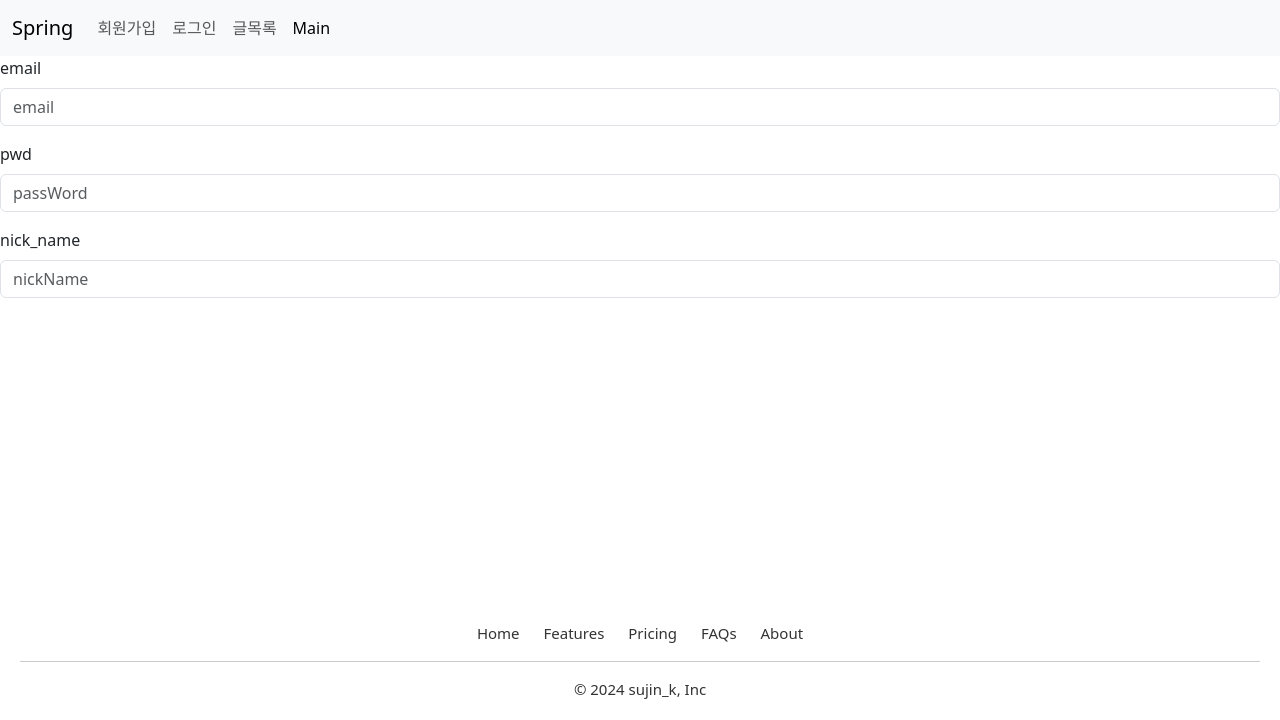
Repository: sujin1221/spring
Page: http://localhost/spring_test2/WEB-INF/views/member/modify.jsp
An editor plug-in stored every save of this project. The page is shown before and after the next save, followed by the edit.
The browser window is 1280 px wide. The pictures show the whole page.
The page is served by Tomcat 9. Nobody is signed in. The template is opened directly, without the code that normally fills it, so the values that code supplies are empty.

Above is the page before, as saved 2024-01-16 00:20:37.
Console error: TypeError: Cannot read properties of null (reading 'addEventListener')

After the next save:
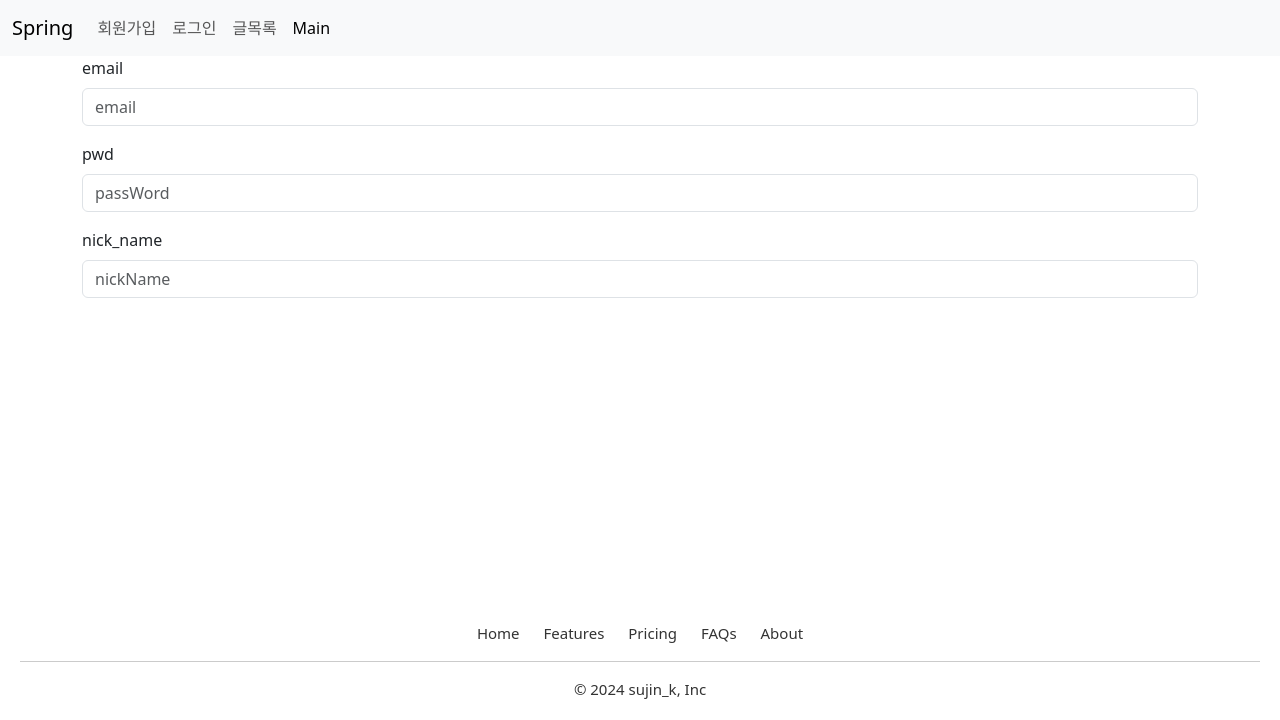
Saved 21 s later.
--- a/spring_test2/src/main/webapp/WEB-INF/views/member/modify.jsp
+++ b/spring_test2/src/main/webapp/WEB-INF/views/member/modify.jsp
@@ -4,6 +4,7 @@
 <%@ taglib uri="http://www.springframework.org/security/tags" prefix="sec" %>
 
 <jsp:include page = "../layout/header.jsp"></jsp:include>
+<div class="container-md">
 <form action="/member/modify" method="post">
 <div class="mb-3">
 <label for="e" class="form-label">email</label>
@@ -22,7 +23,7 @@
  <!-- 해당 멤버의 권한을 출력(2개일 수도 있음) -->
 
 </form>
-
+</div>
 
 
 
